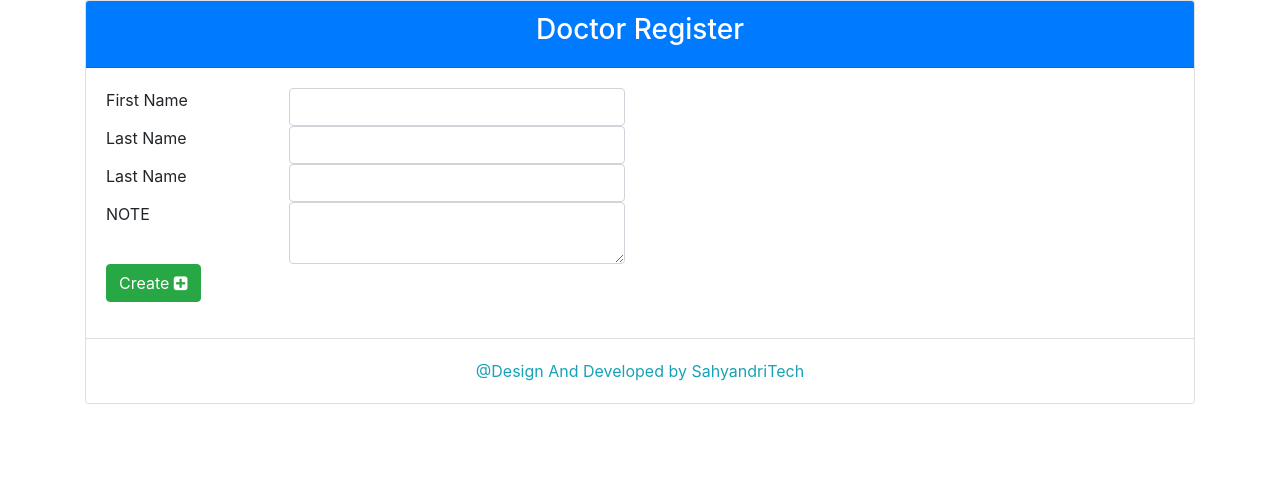
Repository: AmolRajuru11/HealthCareEx
Page: http://localhost/DoctorRegister
These files come from the project's save history. The page is drawn as it stood at one moment and after the next save; the edit follows.
The browser window is 1280 px wide. The pictures show the whole page.
The page is this project's Thymeleaf template; nobody is signed in. The template is opened directly, without the code that normally fills it, so the values that code supplies are empty.

Above is the page before, as saved 2021-10-15 10:15:18.

### HeathCare/src/main/resources/templates/DoctorRegister.html
<html xmlns:th="https://www.thymeleaf.org/">
<head>
<link rel="stylesheet"
	href="https://cdn.jsdelivr.net/npm/bootstrap@4.5.3/dist/css/bootstrap.min.css" />
<script src="https://code.jquery.com/jquery-3.5.1.min.js"></script>
<script
	src="https://cdn.jsdelivr.net/npm/bootstrap@4.5.3/dist/js/bootstrap.bundle.min.js"></script>
<link rel="stylesheet"
	href="https://cdnjs.cloudflare.com/ajax/libs/font-awesome/4.7.0/css/font-awesome.css" />
</head>
<body>
	<div class="container">
		<div class="card">
			<div class="card-header bg-primary text-center text-white">
				<h3>Doctor Register</h3>
			</div>
			<div class="card-body">
				<form th:action="@{/doctor/save}" method="POST" id="specRegForm">

					<!--row #1-->
					<div class="row">
						<div class="col-2">
							<label for="firstName">First Name</label>
						</div>
						<div class="col-4">
							<input type="text" name="firstName" id="firstName"
								class="form-control" />
						</div>
						<div class="col-6">
							<span id="firstNameError"></span>
						</div>
					</div>

					<!--row #2-->
					<div class="row">
						<div class="col-2">
							<label for="lastName">Last Name</label>
						</div>
						<div class="col-4">
							<input type="text" name="lastName" id="lastName"
								class="form-control" />
						</div>
						<div class="col-6">
							<span id="lastNameError"></span>
						</div>
					</div>


					<!-- row #3 -->
					<div class="row">
						<div class="col-2">
							<label for="lastName">Last Name</label>
						</div>
						<div class="col-4">
							<input type="text" name="lastName" id="lastName"
								class="form-control" />
						</div>
						<div class="col-6">
							<span id="lastNameError"></span>
						</div>
					</div>

					<!--row #3-->
					<div class="row">
						<div class="col-2">
							<label for="specNote">NOTE</label>
						</div>
						<div class="col-4">
							<textarea name="specNote" id="specNote" class="form-control"></textarea>
						</div>
						<div class="col-6">
							<span id="specNoteError"></span>
						</div>
					</div>
					<button type="submit" class="btn btn-success">
						Create <i class="fa fa-plus-square" aria-hidden="true"></i>
					</button>
				</form>
			</div>
			<div class="card-footer bg-white text-info text-center">
				<span th:text="${message}"></span> <span class="navbar-text">@Design
					And Developed by SahyandriTech </span>
			</div>
		</div>
	</div>
	<script th:src="@{/myjs/spec_validate.js}"></script>
</body>
</html>

### HeathCare/src/main/resources/static/myjs/spec_validate.js
$(document).ready(function() {
	// 1.hide error section
	$("#specCodeError").hide();
	$("#specNameError").hide();
	$("#specNoteError").hide();

	// 2.define error variable
	var specCodeError = false;
	var specNameError = false;
	var specNoteError = false;

	// 3.validate function
	function validate_specCode() {
		var val = $("#specCode").val();
		var exp = /^[A-Z]{4,12}$/;
		if (val == "") {
			$("#specCodeError").show();
			$("#specCodeError").html("*<b>Code</b> Can not be empty");
			$("#specCodeError").css("color", 'red');
			specCodeError = false;
		} else if (!exp.test(val)) {
			$("#specCodeError").show();
			$("#specCodeError").html("*<b>Code</b> must be 4-12 char only");
			$("#specCodeError").css("color", 'red');
			specCodeError = false;
		} else {

			var id = 0; // for register
			if ($("#id").val() != undefined) { // edit page
				specCodeError = true;
				id = $("#id").val();
			}

			$.ajax({
				url : 'checkCode',
				data : {
					"code" : val,
					"id" : id
				},
				success : function(resTxt) {
					if (resTxt != '') {
						$("#specCodeError").show();
						$("#specCodeError").html(resTxt);
						$("#specCodeError").css('color', 'red');
						specCodeError = false;
					} else {
						$("#specCodeError").hide();
						specCodeError = true;
					}

				}
			});
		}
		return specCodeError;
	}

	function validate_specName() {
		var val = $("#specName").val();
		var exp = /^[A-Za-z0-9\s\.]{4,60}$/;
		if (val == "") {
			$("#specNameError").show();
			$("#specNameError").html("*<b>Name</b> Can not be empty");
			$("#specNameError").css("color", 'red');
			specNameError = false;
		} else if (!exp.test(val)) {
			$("#specNameError").show();
			$("#specNameError").html("*<b>Name</b> must be 4-60 char only");
			$("#specNameError").css("color", 'red');
			specNameError = false;
		} else {

			var id = 0; // for register
			if ($("#id").val() != undefined) { // edit page
				specNameError = true;
				id = $("#id").val();
			}
			$.ajax({
				url : 'checkName',
				data : {
					"name" : val,
					"id" : id
				},
				success : function(resTxt) {
					if (resTxt != '') {
						$("#specNameError").show();
						$("#specNameError").html(resTxt);
						$("#specNameError").css('color', 'red');
						specNameError = false;
					} else {
						$("#specNameError").hide();
						specNameError = true;
					}
				}
			});

		}
		return specNameError;
	}

	function validate_specNote() {
		var val = $("#specNote").val();
		var exp = /^[A-Za-z0-9\s\.\-\']{10,300}$/;
		if (val == "") {
			$("#specNoteError").show();
			$("#specNoteError").html("<b>Not</b> Can not be empty");
			$("#specNoteError").css("color", 'red');
			specNoteError = false;
		} else if (!exp.test(val)) {
			$("#specNoteError").show();
			$("#specNoteError").html("*<b>Note</b> must be 10-300 char only");
			$("#specNoteError").css("color", 'red');
			specNoteError = false;
		} else {
			$("#specNoteError").hide();
			specNoteError = true;
		}
		return specNoteError;
	}
	// 4.link with action-event
	$("#specCode").keyup(function() {
		$(this).val($(this).val().toUpperCase());
		validate_specCode();
	});

	$("#specName").keyup(function() {
		validate_specName();
	});

	$("#specNote").keyup(function() {
		validate_specNote();
	});
	// on submit
	$("#specRegForm").submit(function() {
		// call all validate function
		validate_specCode();
		validate_specName();
		validate_specNote();

		if (specCodeError && specNameError && specNoteError)
			return true;
		else
			return false;
	});
});

After the next save:
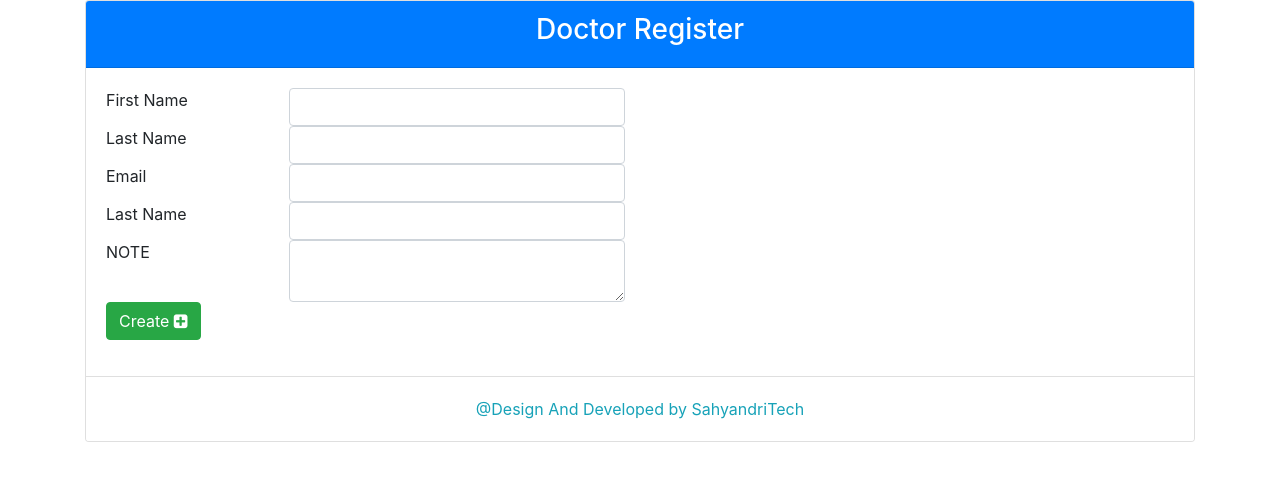
Saved 101 s later.
--- a/HeathCare/src/main/resources/templates/DoctorRegister.html
+++ b/HeathCare/src/main/resources/templates/DoctorRegister.html
@@ -49,6 +49,19 @@
 					<!-- row #3 -->
 					<div class="row">
 						<div class="col-2">
+							<label for="email">Email</label>
+						</div>
+						<div class="col-4">
+							<input type="text" name="email" id="email" class="form-control" />
+						</div>
+						<div class="col-6">
+							<span id="emailError"></span>
+						</div>
+					</div>
+
+					<!-- row #4 -->
+					<div class="row">
+						<div class="col-2">
 							<label for="lastName">Last Name</label>
 						</div>
 						<div class="col-4">
